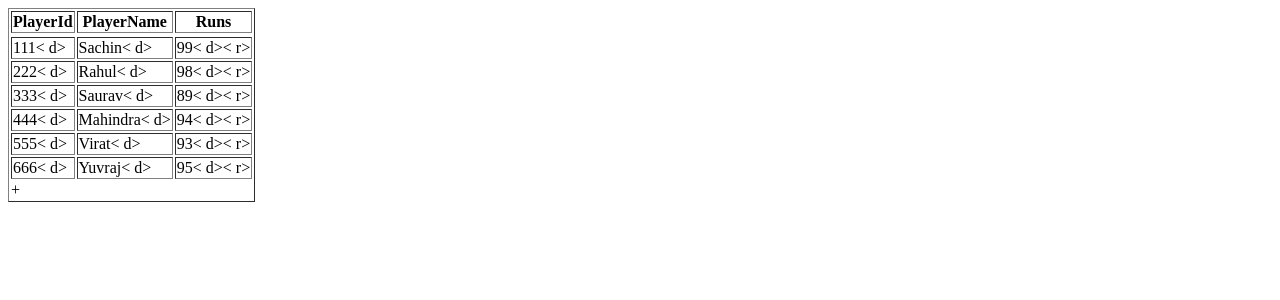
Repository: Gramastha/backup
Page: javascript/JavaScript-Assignment/Q9.html
The author's editor kept a copy of each file at every save. The page is drawn from the files as they stood at one save, then again after the next save.
The browser window is 1280 px wide. The pictures show the whole page.

Above is the page before, as saved 2017-01-06 09:15:22.

After the next save:
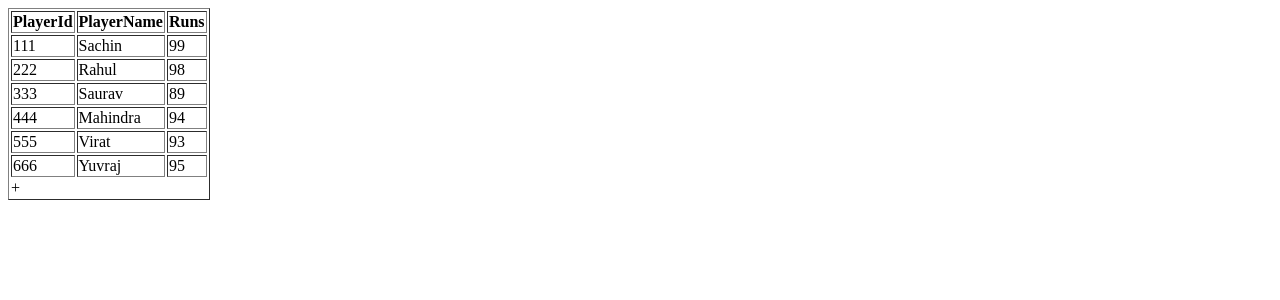
Saved 46 s later.
--- a/javascript/JavaScript-Assignment/Q9.html
+++ b/javascript/JavaScript-Assignment/Q9.html
@@ -22,13 +22,13 @@
  		str+= "<tr>";
  	//console.log("object-"+i)
  	for(o in v){
- 		str+="<td>"+v[o]+"<\td>";
+ 		str+="<td>"+v[o]+"</td>";
  	 	}
- 	 	str+="<\tr>"
+ 	 	str+="</tr>"
  });
- 	document.querySelector("#t1").innerHTML="<tr>+<th><b>PlayerId</b></th><th><b>PlayerName</b></th><th><b>Runs</b></th></tr><tr>"
+ 	document.querySelector("#t1").innerHTML="<tr>+<th><b>PlayerId</b></th><th><b>PlayerName</b></th><th><b>Runs</b></th></tr>"
  											+str
- 											+"</tr>"
+
  };
 	</script>
 </head>
